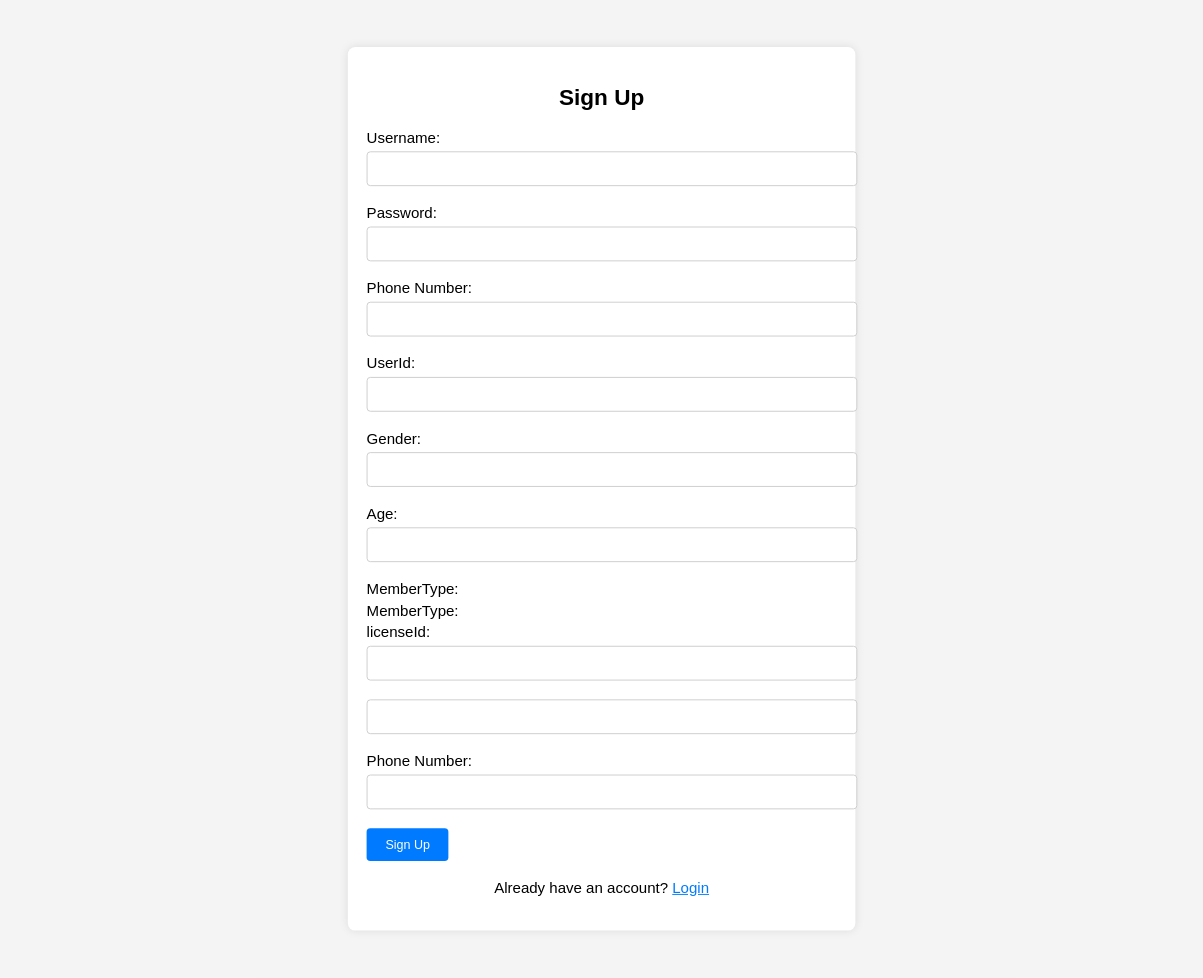
Repository: suryavishakan/parking_management
Page: http://localhost/signup
An editor plug-in stored every save of this project. The page is shown before and after a run of saves, followed by the edit.
The browser window is 1280 px wide. The pictures show the whole page, at 94% of full size.
The page is served by the project's application, run on Flask 3 (app.py).

Above is the page before, as saved 2024-04-20 13:46:53.

After the next 2 saves:
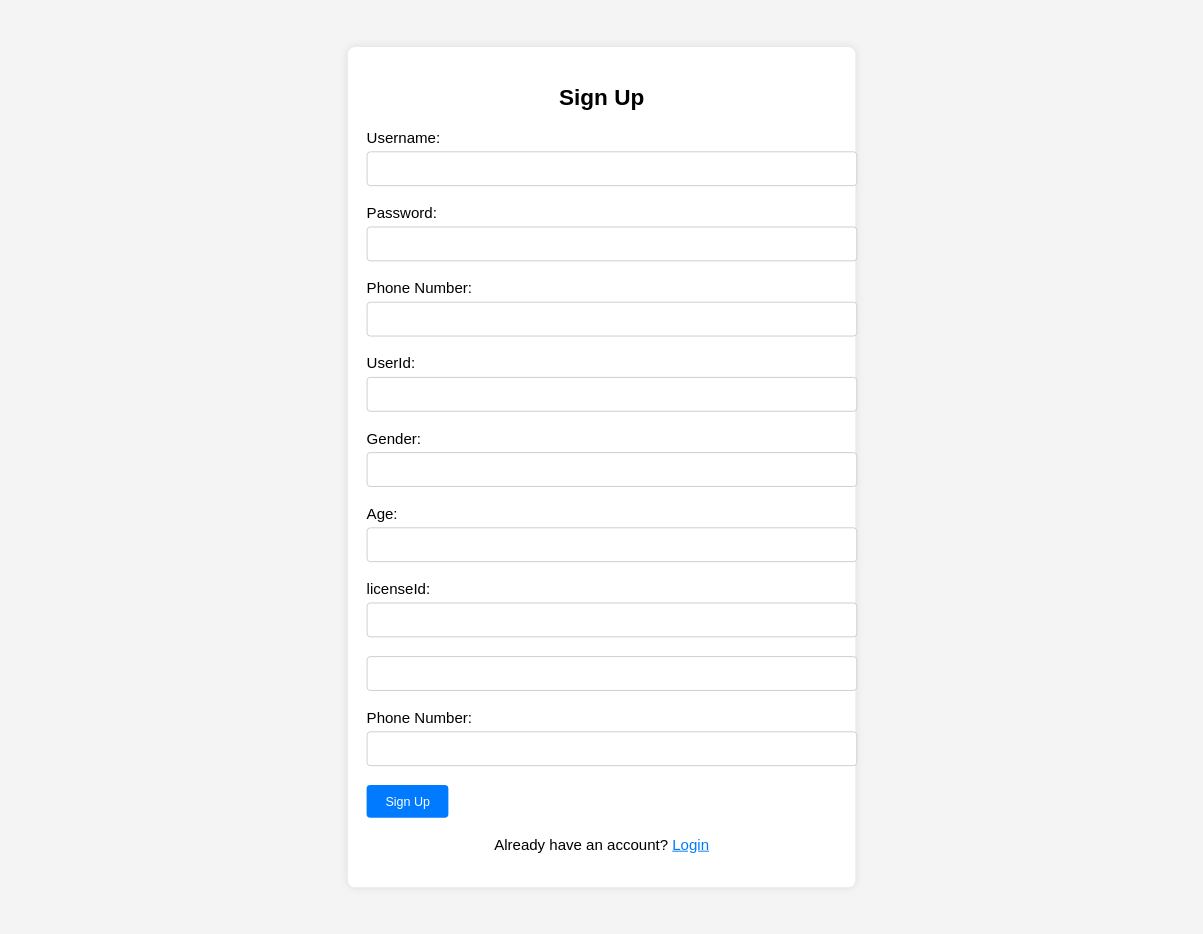
The 2 saves are shown as one change because they came seconds apart.
The last was saved 9 s later.
--- a/templates/signup.html
+++ b/templates/signup.html
@@ -86,9 +86,6 @@
             <input type="text" id="gender" name="gender" required>
             <label for="age">Age:</label>
             <input type="text" id="age" name="age" required>
-
-            <label for="memberType">MemberType:</label>
-            <label for="memberType">MemberType:</label>
             <label for="licenseId">licenseId:</label>
             <input type="text" id="licenseId" name="licenseId" required>
 
